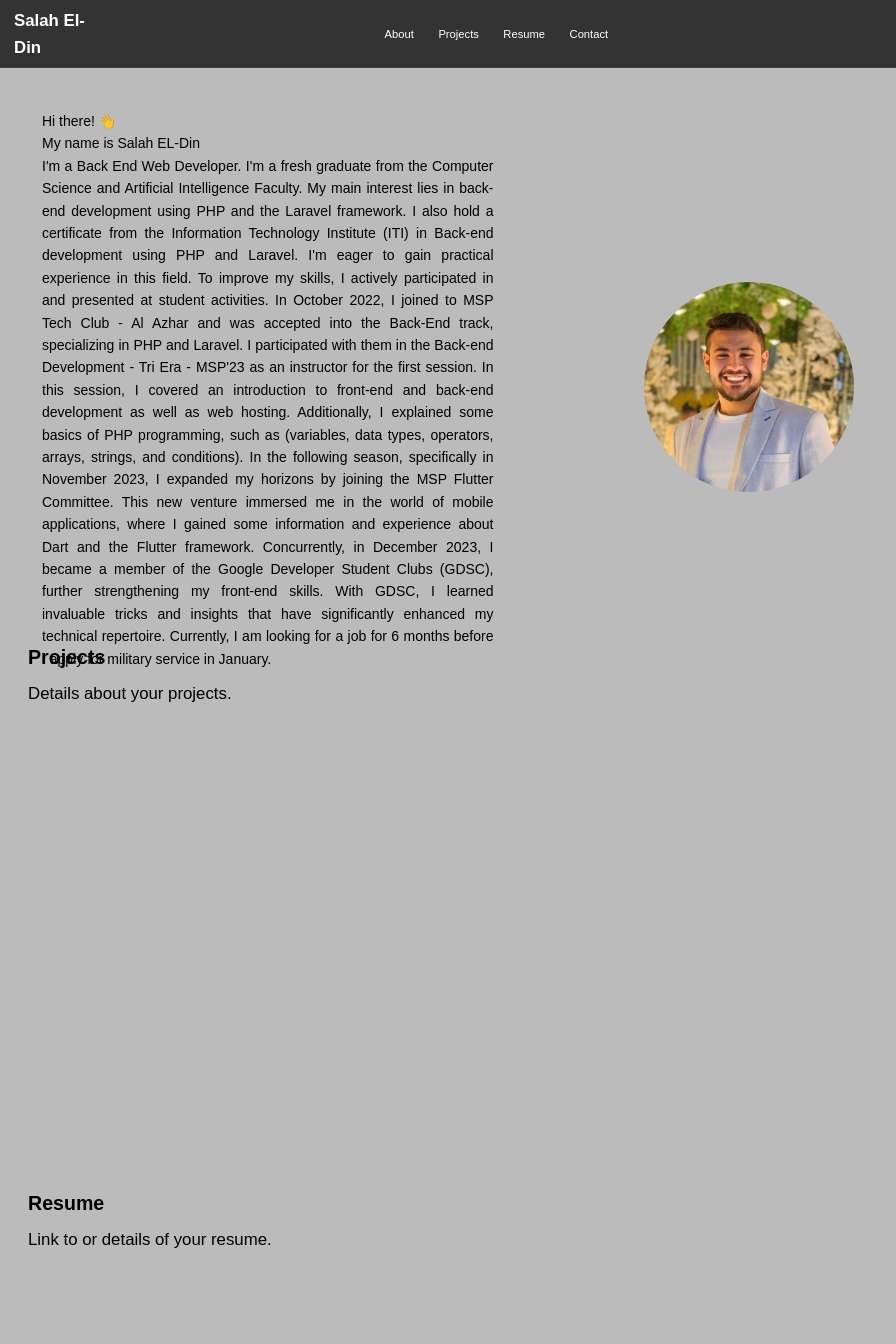
Repository: Salah-Wael/Salah-EL-Din-Portfolio
Page: index.html
These files come from the project's save history. The page is drawn as it stood at one moment and after a run of saves; the edit follows.
The browser window is 1280 px wide. The pictures show the part of the page from y = 0 to 1920 px (the page is 3237 px tall), at 70% of full size.

Above is the page before, as saved 2024-07-13 03:36:59.

After the next 2 saves:
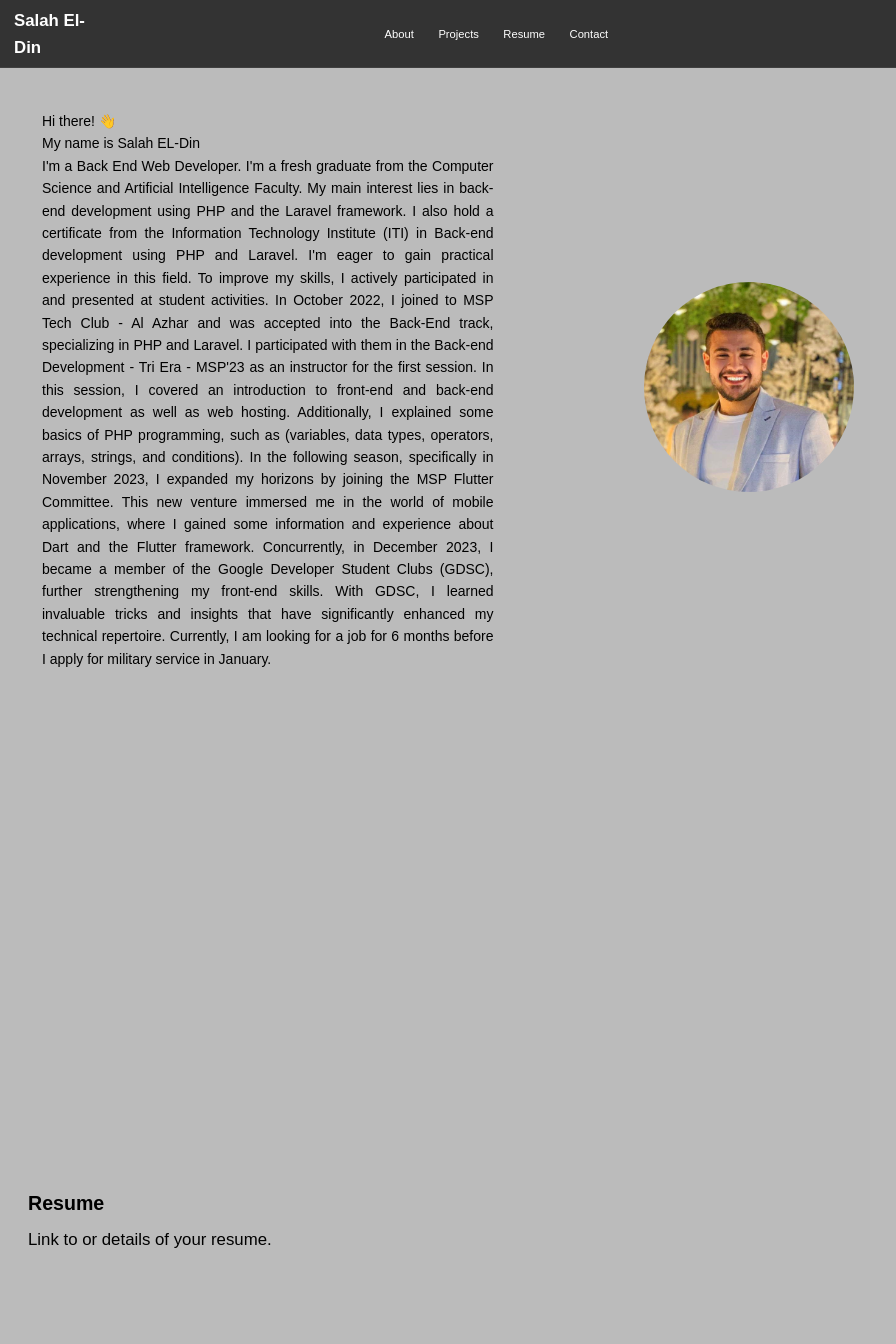
The 2 saves are shown as one change because they came seconds apart.
The last was saved 11 min 3 s later.
--- a/index.html
+++ b/index.html
@@ -35,8 +35,9 @@
     </div>
   </section>
   <section id="projects">
-    <h2>Projects</h2>
-    <p>Details about your projects.</p>
+    <div>
+
+    </div>
   </section>
   <section id="resume">
     <h2>Resume</h2>
